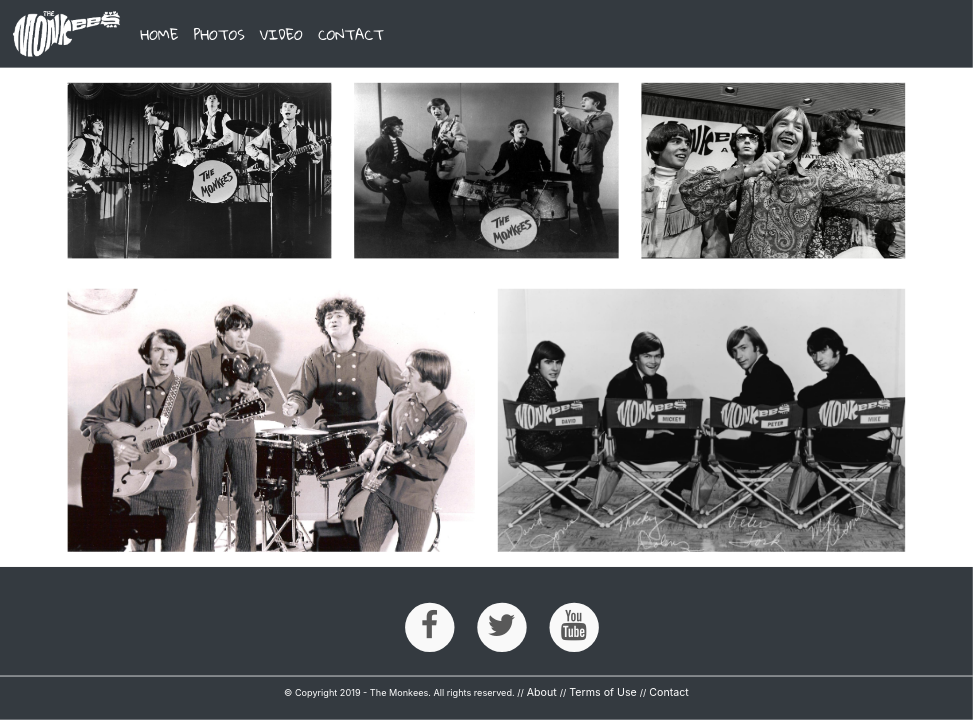
Repository: Code-Institute-Submissions/the_monkees-3
Page: photos.html
The author's editor kept a record of every edit. The page is drawn from the files as they stood at one moment, then again after the next edit.
The browser window is 1280 px wide. The pictures show the whole page, at 76% of full size.
Some web libraries are served in a nearby version.

Above is the page before.

After the next edit:
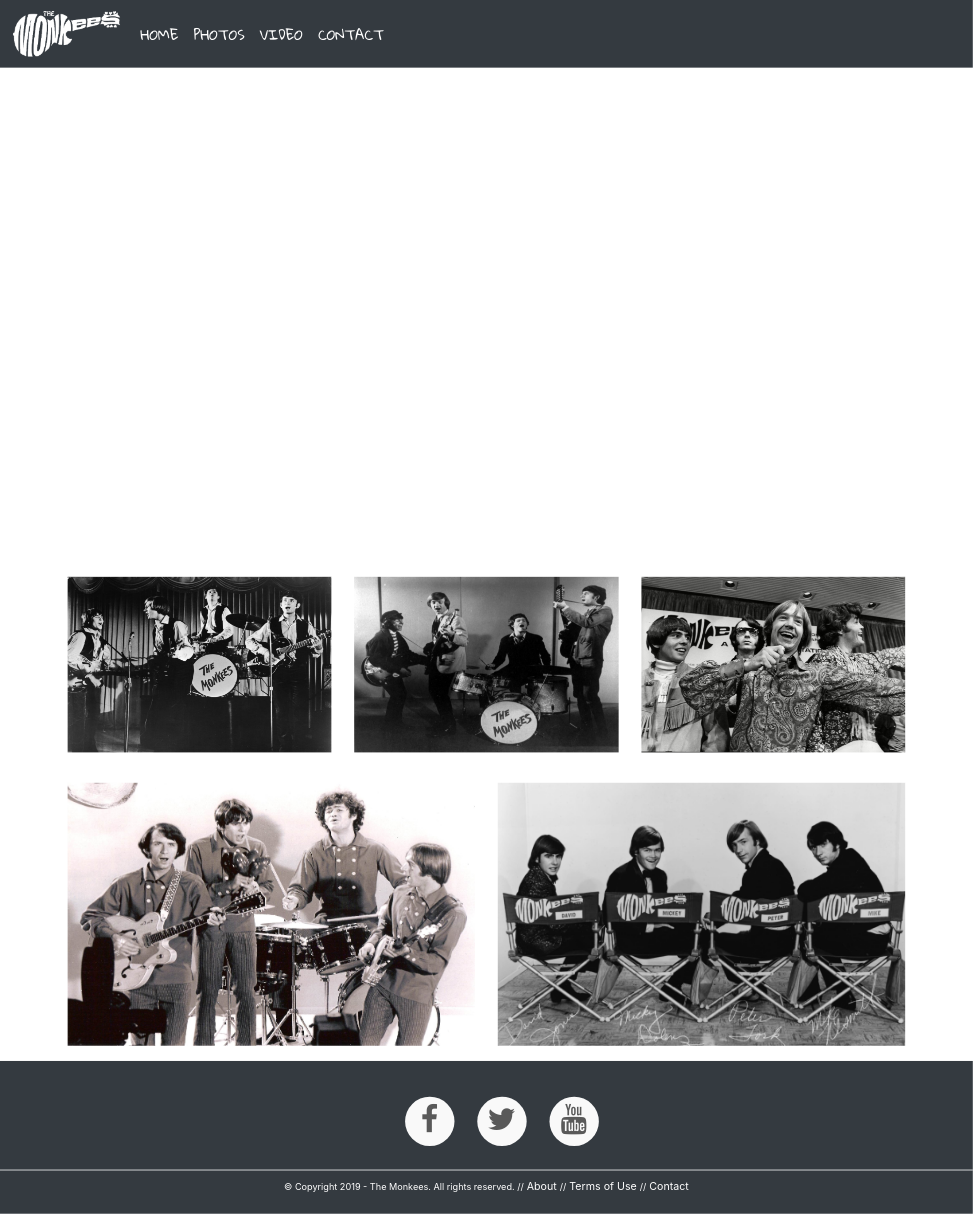
The edit:
--- a/photos.html
+++ b/photos.html
@@ -42,8 +42,8 @@
       </ul>
     </div>
     </nav>
+    <div class="content">
   </header>
-  <section>
         <section id="gallery">
 	<div class="container">
 		<div class="row">

After the 2 edits that followed:
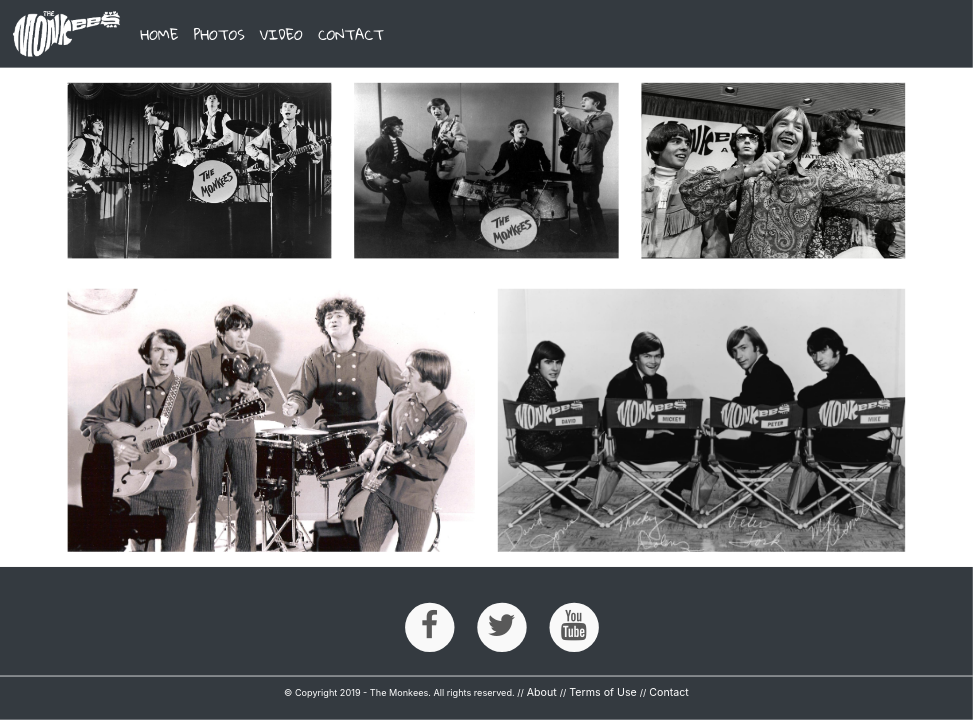
The 2 edits are shown as one change because 1 left the picture as it was.
The edit:
--- a/photos.html
+++ b/photos.html
@@ -42,7 +42,7 @@
       </ul>
     </div>
     </nav>
-    <div class="content">
+
   </header>
         <section id="gallery">
 	<div class="container">
@@ -95,7 +95,7 @@
 		</div>
     </div>
   </section>
-
+ </div>
 <footer class="mainfooter bg-dark " role="contentinfo">
   <div class="footer-middle">
       <ul class="social-network social-circle">
